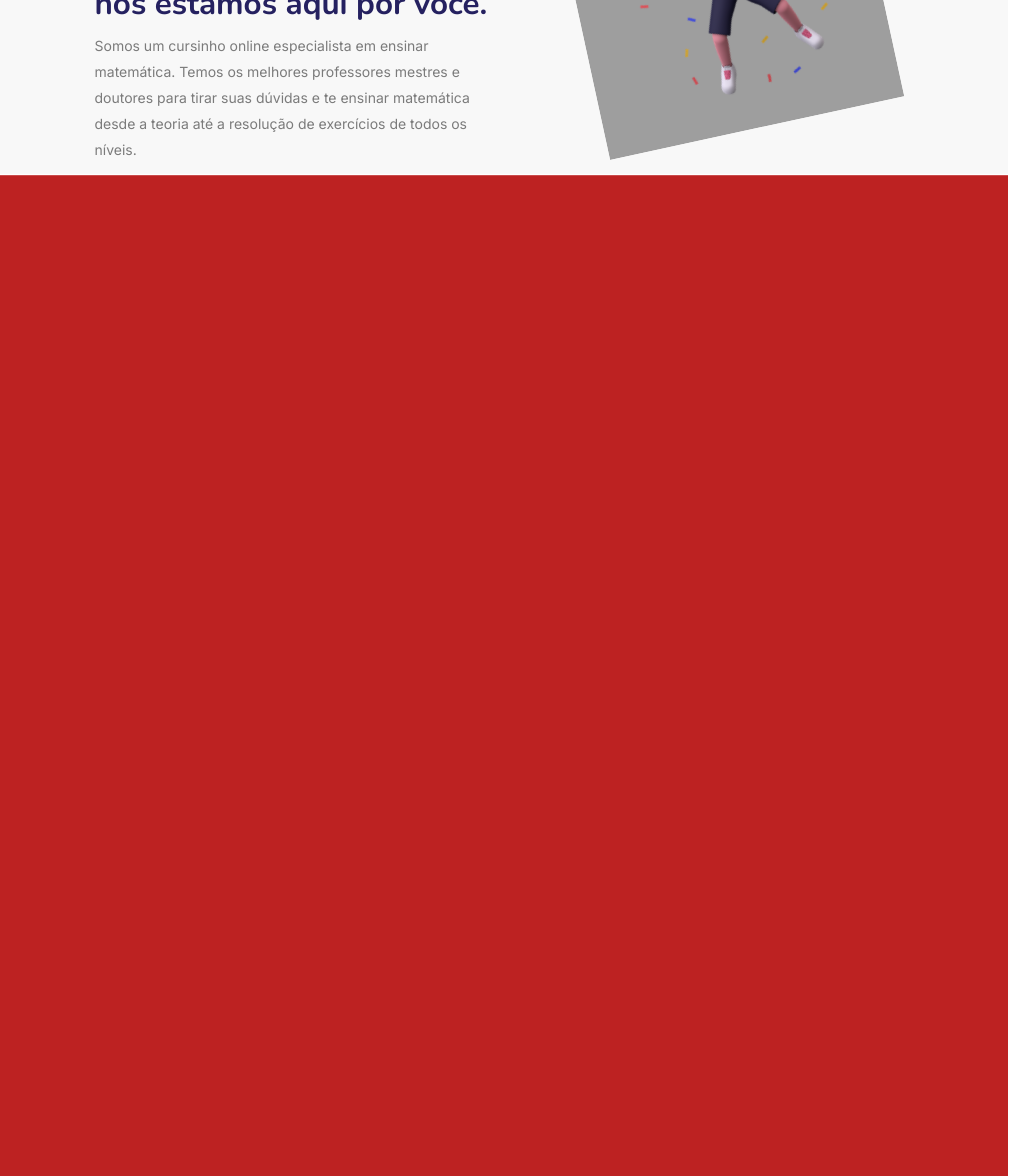
Repository: Williamlmachado/Desafio-Landing-page
Page: index.html
These files come from the project's save history. The page is drawn as it stood at one moment and after the next save; the edit follows.
The browser window is 1280 px wide. The page is 1472 px wide, so the pictures cover 1472 px, including what lies to the right of the window. The pictures show the part of the page from y = 2406 to 4086 px (the page is 5207 px tall), at 70% of full size.
Pictures or frames that could not be fetched are drawn as grey boxes. Some icons come from a web library that is not loaded, so they are not drawn.

Above is the page before, as saved 2021-11-10 19:25:51.

### index.html
<!DOCTYPE html>
<html lang="en">

<head>
  <meta charset="UTF-8">
  <meta http-equiv="X-UA-Compatible" content="IE=edge">
  <meta name="viewport" content="width=device-width, initial-scale=1.0">
  <link rel="stylesheet" href="path/to/font-awesome/css/font-awesome.min.css">
  <link href="https://fonts.googleapis.com/css2?family=Inter:wght@100;200;300;400;500;600&display=swap" rel="stylesheet">
  <link href="https://fonts.googleapis.com/css2?family=Nunito:ital,wght@0,200;0,300;0,400;0,700;0,800;0,900;1,200;1,300;1,400;1,600;1,700;1,800;1,900&display=swap" rel="stylesheet">
  <link href="https://fonts.googleapis.com/css2?family=Fredoka+One&display=swap" rel="stylesheet">
  <link href="https://cdn.jsdelivr.net/npm/bootstrap@5.1.3/dist/css/bootstrap.min.css" rel="stylesheet"
    integrity="sha384-1BmE4kWBq78iYhFldvKuhfTAU6auU8tT94WrHftjDbrCEXSU1oBoqyl2QvZ6jIW3" crossorigin="anonymous">
  <link rel="stylesheet" href="style.css">
  <script src="https://cdn.jsdelivr.net/npm/bootstrap@5.1.3/dist/js/bootstrap.bundle.min.js"
    integrity="sha384-ka7Sk0Gln4gmtz2MlQnikT1wXgYsOg+OMhuP+IlRH9sENBO0LRn5q+8nbTov4+1p"
    crossorigin="anonymous"></script>
  <title>Document</title>

<body>
  <nav class="navbar navbar-expand-lg navbar-light bg-light">
    <a class="navbar-brand" href="#">
      <img src="img/logoipsum-logo-40 2.svg" alt="logo">
    </a>
    <button class="navbar-toggler" type="button" data-toggle="collapse" data-target="#navbarNav" aria-controls="navbarNav" aria-expanded="false" aria-label="Toggle navigation">
      <span class="navbar-toggler-icon"></span>
    </button>
    <nav>
    <div class="collapse navbar-collapse" id="navbarNav">
      <ul class="navbar-nav">
      <nav class="navbar-nav ml-auto">
        <li class="nav-item">
          <a class="nav-link disabled" href="#">Home <span class="sr-only"></span></a>
        </li>
        <li class="nav-item">
          <a class="nav-link disabled" href="#">Quem Somos</a>
        </li>
        <li class="nav-item-right">
          <a class="nav-link disabled" href="#">Plano</a>
        </li>
        <li class="nav-item">
          <a class="nav-link disabled" href="#">Fale Conosco</a>
        </li>
        <li class="nav-item">
          <button class="nav-button" type="button">Entrar</button>
        </li>
      </nav>
      </ul>
    </div>
  </nav>
    <div class="retangle-1">
      <div class="row">
          <div class="retangle-8">
           <div class="col"><img class="spaceboy" src="img/image 3.svg" alt="astronauta"><H4 class="frase1">Seja aprovado no Enem e Vestibulares :)</H4>
          <H1 class="frase2">Você escolhe o que aprender.</H1></div>
          <h4 class="frase3">Aqui você terá toda assistência que precisa
            com materiais desenvolvido por mestres e doutores em matemática</h4>
          <button type="button" class="buttonret"><p class="fraseButton">Veja nossos planos</p><i class="fas fa-arrow-right"></i></button>
          </div>
          </div>
        <div class="col"><img class="boy" src="img/image 8.svg" alt="garoto"></div>
     </div>
    </div>
  <div class="retangle-2">
    <div class="escolas">
    <img src="img/Captura de Tela 2021-05-22 às 02.33 1.svg" alt="escolas">
  </div>
  <div class="row">
    <div class="col"><img class="smallogos" src="img/Group 53.svg" alt="smallogos"><p class="group12"><img class="group12" src="img/Group 12.svg"></p><p><img class="group13" src="img/Group 13.svg"></p><p><img class="group14" src="img/Group 14.svg"></p></div>
    <div class="col"><img class="adolescente" src="img/pretty-teenager-happy-to-be-back-at-university 1.svg" alt="prettyteenager"></div>
  </div>
    <div class="retangle-3">
      <div class="row">
        <div class="column1"><img class="feliz" src="img/image 43.svg" alt="foguete"><div class="frase4"><p>100% MATEMÁTICA</p></div><h3 class="frase5">Matemática pra quem quer entrar na facul</h3><h4 class="frase6">Somos um cursinho online especialista em ensinar matemática. Temos os melhores professores mestres e doutores para tirar suas dúvidas e te ensinar matemática desde a teoria até a resolução de exercícios de todos os níveis.</h4></div></div>

       <div class="column2"><img class="foguete" src="img/image 45.svg" alt="feliz"><div class="frase7"><p>QUER SER APROVADO?</p></div><h3 class="frase8">Se seu foco é ser aprovado, nós estamos aqui por você.</h3><h4 class="frase9">Somos um cursinho online especialista em ensinar matemática. Temos os melhores professores mestres e doutores para tirar suas dúvidas e te ensinar matemática desde a teoria até a resolução de exercícios de todos os níveis.</h4></div></div>
        </div>
      </div>
    </div>
    <div class="retangle-5">

    </div>
    <div class="retangle-4">
      <div class="row">
        <div class="col"><img class="celular" src="img/Frame 12.svg"><img class="celulardados" src="img/Group 41.svg"><img class="spaceboy2" src="img/image 3.svg" alt="spaceboy2"><h4 class="Baixe">Baixe aulas no app e estude offline</h4><p class="receba">Receba lembretes no seu celular e tenha a facilidade de estudar a qualquer hora e de qualquer lugar.
          Baixe nosso app e confira.</p><button type="button" class="buttonret4"><p class="fraseButton">Conheça nossos planos</p><i class="fas fa-arrow-right"></i></button></div>
        <div class="col"></div>
    </div>
  </div>
  <!-- <footer id="footer" class="py-5">
    <div class="row">
      <div class="col-md-5">
        <img class="" src="img/logoipsum-logo-40 2.svg" alt="logo">
        <div><img class=""src="img/Captura de Tela 2021-05-25 às 19.59 1.svg" alt="androideios"></div>
      </div>
      <div class="col-sm-2">
        <h5>Localização</h5>
        <p>Av. Brg. Faria Lima , 1422 São Paulo - SP </p>
      </div>
      <div class="col-sm-2">
        <h5>Fale Conosco</h5>
        <p>(22) 4442-0126</p>
        <p>info@digihouse.com</p>
      </div>
      <div class="col-sm-2">
        <h5>Política</h5>
        <p>Direitos autorais</p>
        <p>Termos de uso</p>
        <p>Políticas de Privacidade</p>
      </div>
      <hr class="linha"> -->
      <!-- <img class="copyright" src="img/Copyright.svg" alt="copyright"> -->
<span>Copyright 2021. All Right Reserved </span>
  </footer>
  </div>
</body>
</head>
</html>

### style.css
.nav-button{
    display: flex;
    flex-direction: row;
    justify-content: center;
    align-items: center;
    padding: 15px 116px;

    width: 133px;
    height: 43px;
    left: 1239px;
    top: 18px;

    /* Primary */
    background: #252160;

    /* Branco */
    border: 1px solid #FFFFFF;
    box-sizing: border-box;
    border-radius: 6px;
    color: #FFFFFF;
}

.nav-home{
    position: absolute;
    width: 46px;
    height: 22px;
    left: 5px;
    top: 0px;

    font-family: Inter;
    font-style: normal;
    font-weight: bold;
    font-size: 16px;
    line-height: 22px;

    /* identical to box height, or 137% */

    /* Primary */
    color: #252160;
}

.navbrad-brand{
    position: absolute;
    left: 58.02%;
    right: 35.2%;
    top: 34.99%;
    bottom: 29.03%;

    /* Primary */
    background: #252160;
}

#footer{
    position: absolute;
    width: 1550px;
    height: 373px;
    /* left: calc(50% - 1449px/2 + 4.5px); */
    top: calc(50% - 373px/2 + 2603.5px);

    /* Branco */
    background: #FFFFFF;
}

.imagemfooter{
    position: absolute;
    left: 3.51%;
    right: 72.51%;
    top: 18.75%;
    bottom: 18.75%;
    color: #A5B4FC;
}

.linha{
    margin-top: 150px;
    position: absolute;
    width: 1210px;
    left: 135px;
    border: 1px solid rgba(84, 84, 212, 0.34);
}

.col-md-5{
    align-items: center;
    align-content: center;
}

.copyright{

}

.retangle-1{
    position: absolute;
    width: 1440px;
    height: 821px;
    left: 0px;
    top: 79px;

    /* Primary */
    background: #252160;
}

.spaceboy{
    position: absolute;
    width: 50.02px;
    height: 36.06px;
    left: 125px;
    right: 150px;
    flex: none;
    order: 0;
    flex-grow: 0;
    margin: 50px -15px;
    transform: rotate(+15.22deg);
}

.retangle-2{
    position: absolute;
    width: 1440px;
    height: 821px;
    left: 0px;
    top: 900px;
    background: #ffff;
}
.retangle-3{
    position: absolute;
    width: 1440px;
    height: 954px;
    left: 0px;
    top: 800px;
    background: #F8F8F8
}

.escolas{
    position: absolute;
    width: 1270px;
    height: 164px;
    left: 66px;
    top: 35px;
}

.adolescente{
    position: relative;
    width: 600px;
    height: 738px;
    left: 25px;
    top: 105px;
    flex: none;
    order: 0;
    flex-grow: 0;
    margin: 6px 0px;
}

.smallogos{
    position: absolute;
    width: 67.79px;
    height: 403.63px;
    left: 112px;
    top: 275px;
}

.group12{
    position: absolute;
    width: 510.72px;
    height: 141px;
    left: 80px;
    top: 220px;
}

.group13{
    position: absolute;
    width: 510.72px;
    height: 155px;
    left: 195px;
    top: 275px;
}

.group14{
    position: absolute;
    width: 510.72px;
    height: 131px;
    left: 214px;
    top: 618px;
}

.boy{
    position: absolute;
    left: 763px;
    right: 143px;
    top: 153px;
    bottom: 120px;

}

.retangle-8{
    /* Rectangle 8 */

    position: absolute;
    width: 741.6px;
    height: 645.98px;
    left: 60px;
    top: 106px;

    background: #292663;
    border-radius: 124px;
    transform: rotate(-15.22deg);
    }

.frase1{
    position: absolute;
    width: 472px;
    height: 28px;
    top: 81PX;
    left:200px;
    right: 100px;

    font-family: inter;
    font-style: normal;
    font-weight: bold;
    font-size: 20.59px;
    line-height: 26px;

    color: #3AFFE5;
    flex: none;
    order: 1;
    flex-grow: 0;
    margin: 50px -30px;
    transform: rotate(+15.22deg);
}

.frase2{
    position: absolute;
    width: 631px;
    height: 151px;
    left: 65px;
    top: 200px;

    font-family: Fredoka One;
    font-style: normal;
    font-weight: normal;
    font-size: 65.1467px;
    line-height: 76px;
    transform: rotate(+15.22deg);
    /* or 116% */
    letter-spacing: -0.01em;

    /* Branco */
    color: #FFFFFF;
}

.frase3{
    position: absolute;
    width: 523px;
    height: 87px;
    left: 35px;
    top: 350px;

    font-family: Inter;
    font-style: normal;
    font-weight: normal;
    font-size: 19.45px;
    line-height: 29px;
    transform: rotate(+15.22deg);
    /* or 149% */
    letter-spacing: 0.38px;

    color: #FFFFFF;
}

.buttonret{
    display: flex;
    flex-direction: row;
    justify-content: center;
    align-items: center;
    padding: 15px 116px;

    position: absolute;
    width: 380.41px;
    height: 59.33px;
    left: 15px;
    top: 440px;
    transform: rotate(+15.22deg);
    /* Secundary */
    background: #3AFFE5;
    border-radius: 6px;
}

.fraseButton{
    position: static;
    height: 21px;
    left: 22.42%;
    right: 37.1%;
    top: calc(50% - 21px/2 + 0px);

    font-family: Inter;
    font-style: normal;
    font-weight: bold;
    font-size: 17.45px;
    line-height: 21px;
    text-align: center;
    letter-spacing: -0.618281px;

    /* Primary */
    color: #252160;


    /* Inside Auto Layout */
    flex: none;
    order: 0;
    flex-grow: 0;
    margin: 0px 24px;
}

.feliz{

    position: absolute;
    width: 430.2px;
    height: 469.21px;
    left: 817.06px;
    top: 425px;
    background: url(.png);
    transform: rotate(-12.24deg);
}

.frase4{
    position: absolute;
    width: 394.54px;
    height: 30px;
    left: 705px;
    top: 88px;
    font-family: Nunito;
    font-style: normal;
    font-weight: bold;
    font-size: 22px;
    line-height: 30px;
    /* Azul */
    color: #32B5FF;
}

.frase5{
    position: absolute;
width: 575.63px;
height: 122px;
left:705px;
top: 123px;

font-family: Nunito;
font-style: normal;
font-weight: bold;
font-size: 44.83px;
line-height: 61px;

/* Primary */
color: #252160;
}

.frase6{
    position: absolute;
    width: 600px;
    height: 182.69px;
    left: 705px;
    top: 261px;

    font-family: Inter;
    font-style: normal;
    font-weight: normal;
    font-size: 20px;
    line-height: 37px;

    /* or 186% */

    /* Gray - 200 */
    color: #7B7B7B;
}

.frase7{
    position: absolute;
    width: 394.54px;
    height: 30px;
    left: 135px;
    top: 575px;
    font-family: Nunito;
    font-style: normal;
    font-weight: bold;
    font-size: 22px;
    line-height: 30px;
    /* Azul */
    color: #32B5FF;
}


.frase8{
    position: absolute;
    width: 575.12px;
    height: 121.47px;
    left: 135px;
    top: 618.53px;

    font-family: Nunito;
    font-style: normal;
    font-weight: bold;
    font-size: 44.8277px;
    line-height: 61px;

    /* Primary */
    color: #252160;
}

.frase9{
    position: absolute;
    width: 598px;
    height: 157px;
    left: 135px;
    top: 753.53px;

    font-family: Inter;
    font-style: normal;
    font-weight: normal;
    font-size: 20px;
    line-height: 37px;

    /* or 185% */

    /* Gray - 200 */
    color: #7B7B7B;
}

.foguete{
    position: absolute;
    width: 450px;
    height: 450px;
    left: 167px;
    top: 75px;

}

.retangle-4{
    position: absolute;
    width: 1460px;
    height: 672px;
    left: 0px;
    top: 4535px;
    background: #252160;
}

.celular{
    position: absolute;
    width: 480px;
    height: 756px;
    left: 152px;
    top: -100px;
}

.celulardados{
    position: absolute;
    width: 482.9px;
    height: 294.32px;
    left: 207.1px;
    top: 240.53px;

    filter: drop-shadow(0px 1.08032px 5.40161px rgba(37, 33, 96, 0.1));
}
.spaceboy2{
    width: 50.02px;
    height: 36.06px;
    margin-top: 213px;
    margin-left: 784px;
}

.Baixe{
    position: static;
    width: 472px;
    height: 28px;
    left: 213.02px;
    top: 857.02px;

    font-family: Inter;
    font-style: normal;
    font-weight: bold;
    font-size: 20.59px;
    line-height: 26px;

    /* or 124% */

    /* Secundary */
    color: #3AFFE5;


    /* Inside Auto Layout */
    flex: none;
    order: 1;
    flex-grow: 0;
    margin-top: -30px;
    margin-left: 857.02px;
}

.receba{
    position: absolute;
    width: 523px;
    height: 87px;
    left: 857.02px;
    top: 275px;

    font-family: Inter;
    font-style: normal;
    font-weight: normal;
    font-size: 19.45px;
    line-height: 29px;

    /* or 149% */
    letter-spacing: 0.38px;

    /* Branco */
    color: #FFFFFF;
}

.buttonret4{
    display: flex;
    flex-direction: row;
    justify-content: center;
    align-items: center;
    padding: 15px 116px;

    position: absolute;
    width: 380.41px;
    height: 59.33px;
    left: 858px;
    top: 400px;
    /* Secundary */
    background: #3AFFE5;
    border-radius: 6px;
}

.retangle-5{
    position: absolute;
    width: 1440px;
    height: 2000px;
    left: 0px;
    top: 2656px;
    background: #bd2222;
}

After the next save:
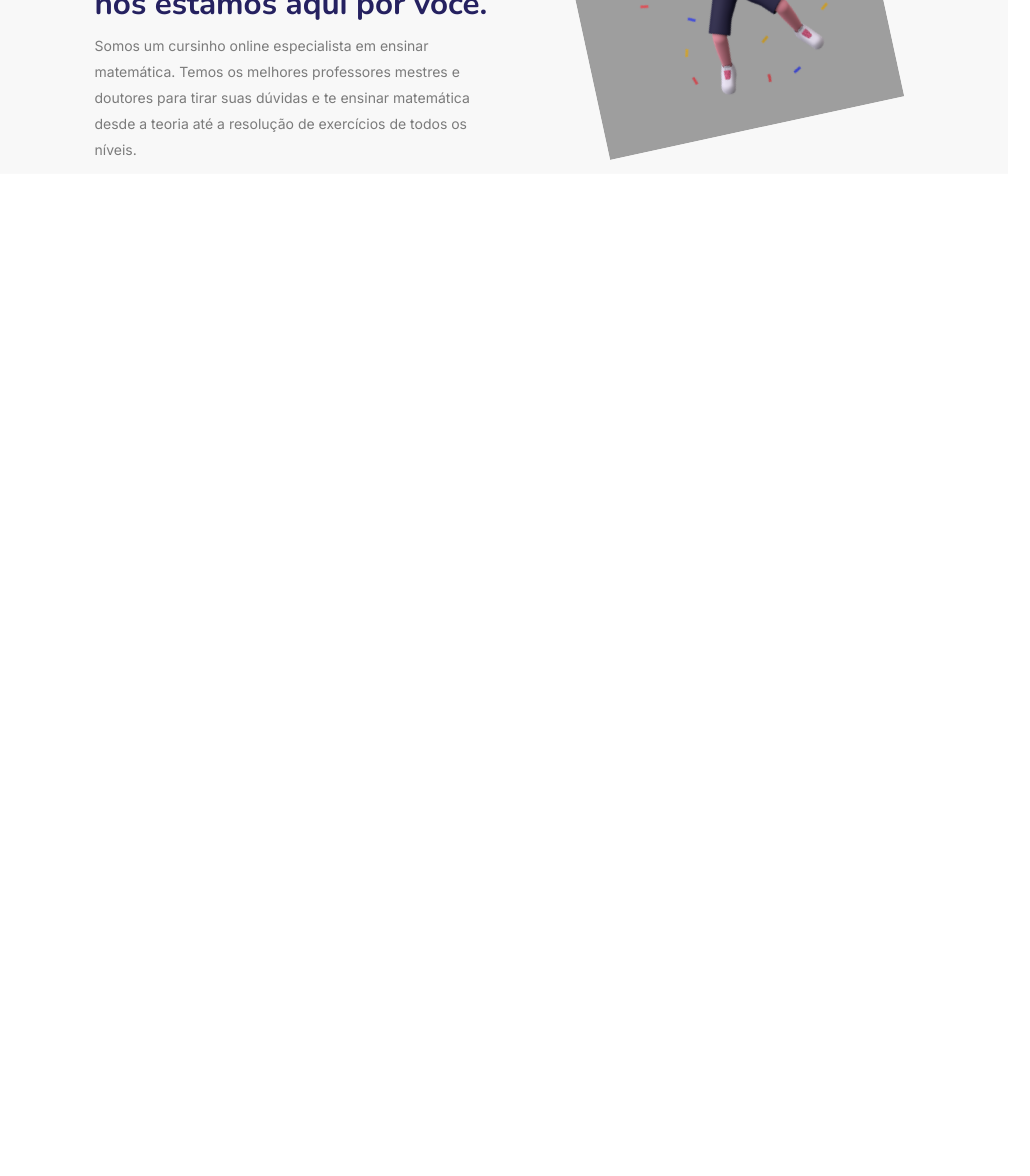
Saved 12 s later.
--- a/style.css
+++ b/style.css
@@ -531,8 +531,8 @@
 .retangle-5{
     position: absolute;
     width: 1440px;
-    height: 2000px;
+    height: 1880px;
     left: 0px;
     top: 2656px;
-    background: #bd2222;
-}
+    background: #ffff;
+}
